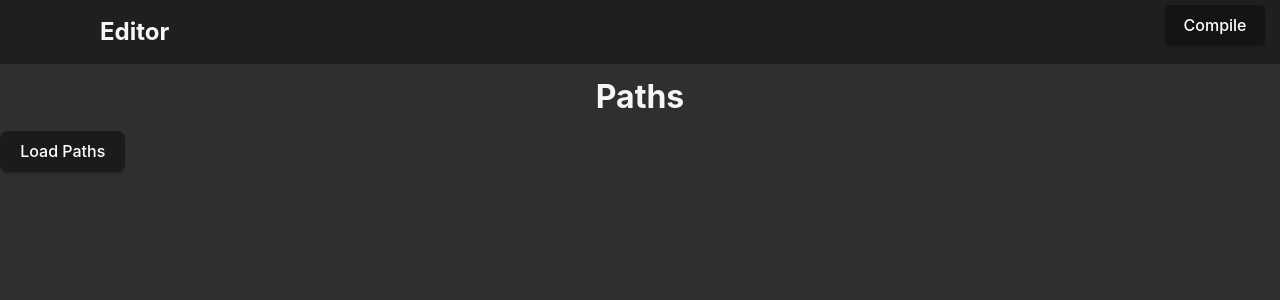
Repository: toasted226/visual-scripting-js
Page: /
The author's editor kept a copy of each file at every save. The page is drawn from the files as they stood at one save, then again after the next save.
The browser window is 1280 px wide. The pictures show the whole page.
The project was rebuilt for these pictures with package versions that can differ from the ones it lists, and the page was loaded fresh each time. Also part of the build but not shown: vite.config.ts.

Above is the page before, as saved 2023-06-12 19:04:44.

After the next save:
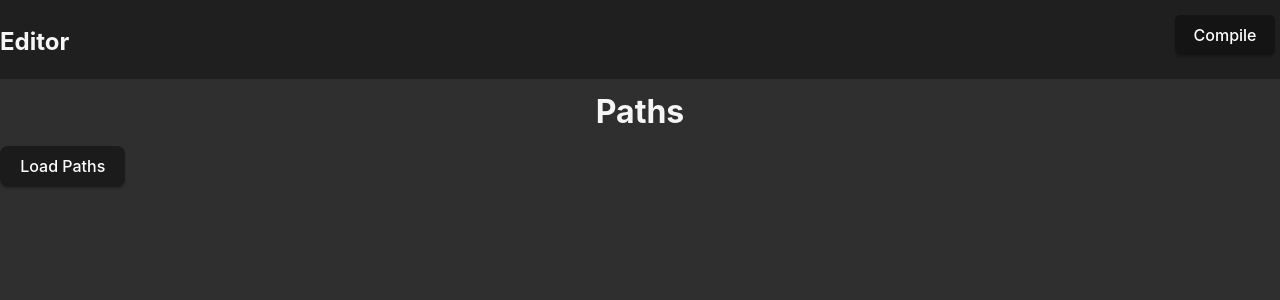
Saved 25 s later.
--- a/src/Navbar.css
+++ b/src/Navbar.css
@@ -1,7 +1,7 @@
 .navbar {
     background-color: #1f1f1f;
     margin: 0;
-    padding: 0 10px 0 100px;
+    padding: 10px 0 5px 0;
     display: flex;
     justify-content: space-between;
 }
